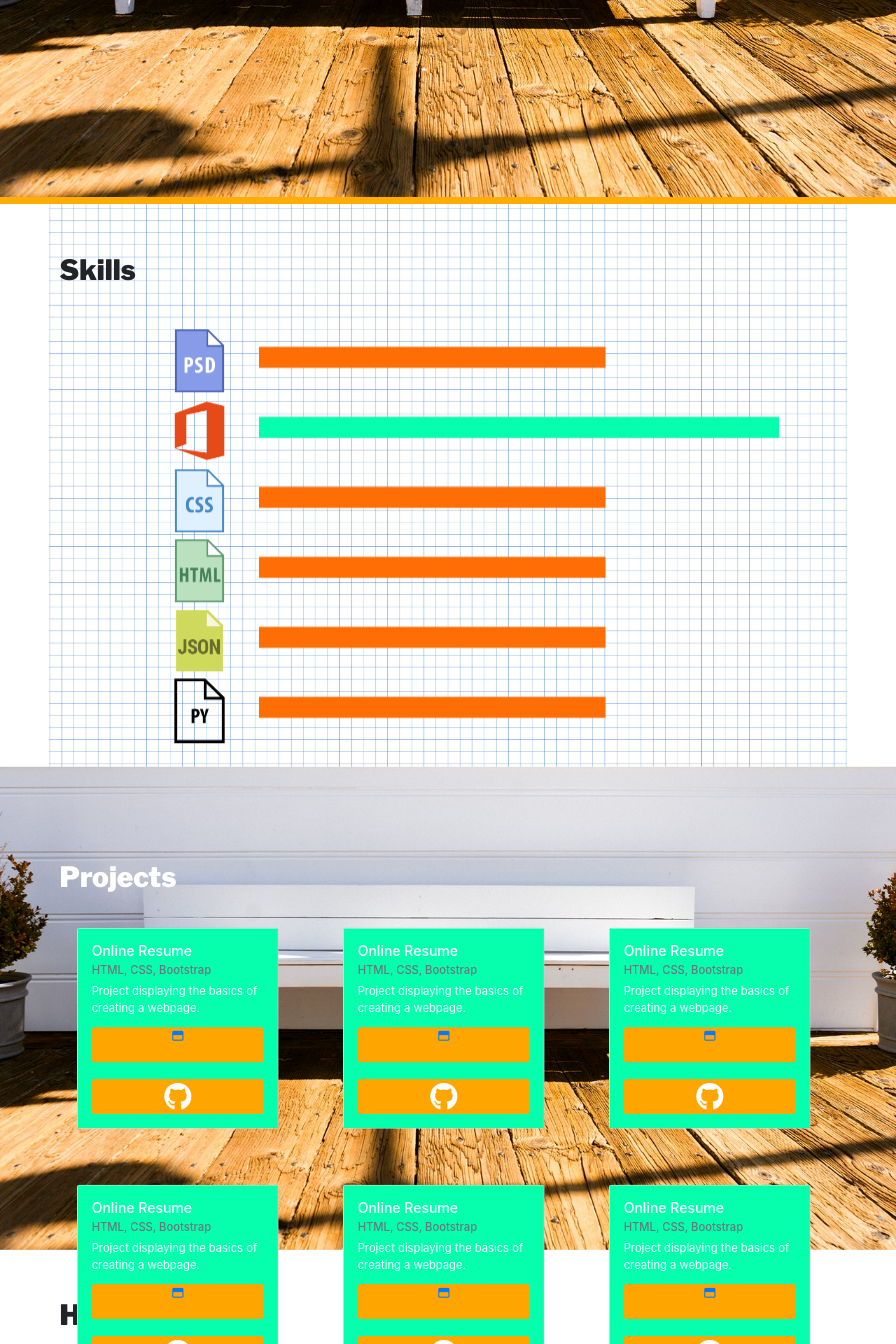
Repository: muhdarifrawi/resume-project
Page: index.html
The author's editor kept a record of every edit. The page is drawn from the files as they stood at one moment, then again after the next edit.
The browser window is 1280 px wide. The pictures show the part of the page from y = 438 to 2358 px (the page is 3769 px tall), at 70% of full size.
Some web libraries are served in a nearby version.

Above is the page before.

### index.html
<!doctype html>
<html lang="en">

<head>
    <!-- Required meta tags -->
    <meta charset="utf-8">
    <meta name="viewport" content="width=device-width, initial-scale=1, shrink-to-fit=no">
    <!-- Font Awesome script -->
    <script src="https://kit.fontawesome.com/00e1568e72.js"></script>
    <!-- GOOGLE font -->
    <link href="https://fonts.googleapis.com/css?family=Libre+Franklin:900&display=swap" rel="stylesheet">
    <!-- AOS script -->
    <link href="https://unpkg.com/aos@2.3.1/dist/aos.css" rel="stylesheet">

    <!-- Bootstrap CSS -->
    <link rel="stylesheet" href="https://stackpath.bootstrapcdn.com/bootstrap/4.3.1/css/bootstrap.min.css" integrity="sha384-ggOyR0iXCbMQv3Xipma34MD+dH/1fQ784/j6cY/iJTQUOhcWr7x9JvoRxT2MZw1T" crossorigin="anonymous">
    <link rel="stylesheet" href="style.css" type="text/css" />
    <title>Online Resume</title>
</head>

  <!-- scroll spy added to body section -->
<body data-spy="scroll" data-target="#navscroll" data-offset="100">
    <!-- Navbar starts here -->
    <nav id="navscroll" class="navbar fixed-top navbar-expand-lg navbar-light bg-light">
        <a class="navbar-brand" href="#">My Resume</a>
        <button class="navbar-toggler" type="button" data-toggle="collapse" data-target="#navbarSupportedContent" aria-controls="navbarSupportedContent" aria-expanded="false" aria-label="Toggle navigation">
    <span class="navbar-toggler-icon"></span>
  </button>

        <div class="collapse navbar-collapse" id="navbarSupportedContent">
            <ul class="navbar-nav mr-auto">
                <li class="nav-item">
                    <a class="nav-link" href="#home">Home <span class="sr-only">(current)</span></a>
                </li>
                <li class="nav-item">
                    <a class="nav-link" href="#skills">Skills</a>
                </li>

                <li class="nav-item">
                    <a class="nav-link" href="#projects">Projects</a>
                </li>

                <li class="nav-item">
                    <a class="nav-link" href="#hobbies">Hobbies</a>
                </li>

                <li class="nav-item">
                    <a class="nav-link" href="#contact">Contact Me</a>
                </li>

            </ul>

        </div>
    </nav>
    <!-- navbar ends here -->

    <!--Jumbotron -->
    <div class="jumbotron jumbotron-fluid" id="home">
        <div class="container">
            <h1 class="display-4">Muhammad Arif Bin Rawi</h1>
            <p class="lead">Aspiring Junior Game Developer. </p>
        </div>
    </div>

    <div class="orange strip"></div>

<div class="container" id="skills">

<h1>Skills</h1>
    <!-- created div to slot in AOS -->
   <div data-aos="fade-right" data-aos-offset="300" data-aos-easing="ease-in-sine">
        <!-- photoshop row -->
        <div class="row pt-md-5">
            <div class="col-lg-3 col-sm-6">
                <div class="ware">
                    <img src="image/icon/PS.png" alt="photoshop" class="rounded">
                    <div class="house">
                        <div class="text">
                            <h5>Photoshop</h5>
                        </div>
                        <div class="text2">
                            <h6>Good</h6>
                        </div>
                    </div>
                </div>
            </div>
            <div class="col-lg-9 col-sm-6">
                <div class="bar-mid"></div>
            </div>
        </div>

        <!-- ms office row -->
        <div class="row">
            <div class="col-lg-3 col-sm-6">
                <div class="ware">
                    <img src="image/icon/MSO.png" alt="MS Office" class="rounded">
                    <div class="house">
                        <div class="text">
                            <h5>MS Office</h5>
                        </div>
                        <div class="text2">
                            <h6>Advance</h6>
                        </div>
                    </div>
                </div>
            </div>
            <div class="col-lg-9 col-sm-6">
                <div class="bar-full"></div>
            </div>
        </div>

        <!-- CSS row -->
        <div class="row">
            <div class="col-lg-3 col-sm-6">
                <div class="ware">
                    <img src="image/icon/CSS.png" alt="CSS" class="rounded">
                    <div class="house">
                        <div class="text">
                            <h5>CSS</h5>
                        </div>
                        <div class="text2">
                            <h6>Good</h6>
                        </div>
                    </div>
                </div>
            </div>
            <div class="col-lg-9 col-sm-6">
                <div class="bar-mid"></div>
            </div>
        </div>

        <!-- HTML row -->
        <div class="row">
            <div class="col-lg-3 col-sm-6">
                <div class="ware">
                    <img src="image/icon/HTML.png" alt="HTML" class="rounded">
                    <div class="house">
                        <div class="text">
                            <h5>HTML</h5>
                        </div>
                        <div class="text2">
                            <h6>Good</h6>
                        </div>
                    </div>
                </div>
            </div>
            <div class="col-lg-9 col-sm-6">
                <div class="bar-mid"></div>
            </div>
        </div>

        <!-- Java row -->
        <div class="row">
            <div class="col-lg-3 col-sm-6">
                <div class="ware">
                    <img src="image/icon/JS.png" alt="Java" class="rounded">
                    <div class="house">
                        <div class="text">
                            <h5>Java</h5>
                        </div>
                        <div class="text2">
                            <h6>Basic</h6>
                        </div>
                    </div>
                </div>
            </div>
            <div class="col-lg-9 col-sm-6">
                <div class="bar-min"></div>
            </div>
        </div>

        <!-- Python row -->
        <div class="row">
            <div class="col-lg-3 col-sm-6">
                <div class="ware">
                    <img src="image/icon/PY.png" alt="Python" class="rounded">
                    <div class="house">
                        <div class="text">
                            <h5>Python</h5>
                        </div>
                        <div class="text2">
                            <h6>Basic</h6>
                        </div>
                    </div>
                </div>
            </div>
            <div class="col-lg-9 col-sm-6">
                <div class="bar-min"></div>
            </div>
        </div>
    </div>
</div>

    <!-- <div class="orange strip"></div> -->

<!--usage of jumbotron to overcome "no-stretch" problem -->
<div class="jumbotron jumbotron-fluid "  id="projects">
<div class="container">
        <h1>Projects</h1>
        <div class="row">
            <div class="col">
                <div class="card note" style="width: 18rem;">
                    <div class="card-body">
                        <h5 class="card-title">Online Resume</h5>
                        <h6 class="card-subtitle mb-2 text-muted">HTML, CSS, Bootstrap</h6>
                        <p class="card-text">Project displaying the basics of creating a webpage.</p>

                        <a href="https://muhdarifrawi.github.io/resume-project/" target="_blank" class="card-link">
                            <div class="rounded-box"><i class="far fa-window-maximize"></i></div></a>

                        <a href="https://github.com/muhdarifrawi/resume-project" target="_blank" class="card-link">
                            <div class="rounded-box"><i class="fab fa-github"></i></div></a>
                    </div>
                </div>
            </div>

            <div class="col">
                <div class="card note2" style="width: 18rem;">
                    <div class="card-body">
                        <h5 class="card-title">Online Resume</h5>
                        <h6 class="card-subtitle mb-2 text-muted">HTML, CSS, Bootstrap</h6>
                        <p class="card-text">Project displaying the basics of creating a webpage.</p>

                        <a href="https://muhdarifrawi.github.io/resume-project/" target="_blank" class="card-link">
                            <div class="rounded-box"><i class="far fa-window-maximize"></i></div></a>

                        <a href="https://github.com/muhdarifrawi/resume-project" target="_blank" class="card-link">
                            <div class="rounded-box"><i class="fab fa-github"></i></div></a>
                    </div>
                </div>
            </div>

            <div class="col">
                <div class="card note3" style="width: 18rem;">
                    <div class="card-body">
                        <h5 class="card-title">Online Resume</h5>
                        <h6 class="card-subtitle mb-2 text-muted">HTML, CSS, Bootstrap</h6>
                        <p class="card-text">Project displaying the basics of creating a webpage.</p>

                        <a href="https://muhdarifrawi.github.io/resume-project/" target="_blank" class="card-link">
                            <div class="rounded-box"><i class="far fa-window-maximize"></i></div></a>

                        <a href="https://github.com/muhdarifrawi/resume-project" target="_blank" class="card-link">
                            <div class="rounded-box"><i class="fab fa-github"></i></div></a>
                    </div>
                </div>
            </div>

        </div>

        <div class="row">
        <div class="col">
            <div class="card note3" style="width: 18rem;">
                <div class="card-body">
                    <h5 class="card-title">Online Resume</h5>
                    <h6 class="card-subtitle mb-2 text-muted">HTML, CSS, Bootstrap</h6>
                    <p class="card-text">Project displaying the basics of creating a webpage.</p>

                    <a href="https://muhdarifrawi.github.io/resume-project/" target="_blank" class="card-link">
                        <div class="rounded-box"><i class="far fa-window-maximize"></i></div></a>

                    <a href="https://github.com/muhdarifrawi/resume-project" target="_blank" class="card-link">
                        <div class="rounded-box"><i class="fab fa-github"></i></div></a>
                </div>
            </div>
        </div>

        <div class="col">
            <div class="card note" style="width: 18rem;">
                <div class="card-body">
                    <h5 class="card-title">Online Resume</h5>
                    <h6 class="card-subtitle mb-2 text-muted">HTML, CSS, Bootstrap</h6>
                    <p class="card-text">Project displaying the basics of creating a webpage.</p>

                    <a href="https://muhdarifrawi.github.io/resume-project/" target="_blank" class="card-link">
                        <div class="rounded-box"><i class="far fa-window-maximize"></i></div></a>

                    <a href="https://github.com/muhdarifrawi/resume-project" target="_blank" class="card-link">
                        <div class="rounded-box"><i class="fab fa-github"></i></div></a>
                </div>
            </div>
        </div>

        <div class="col">
            <div class="card note2" style="width: 18rem;">
                <div class="card-body">
                    <h5 class="card-title">Online Resume</h5>
                    <h6 class="card-subtitle mb-2 text-muted">HTML, CSS, Bootstrap</h6>
                    <p class="card-text">Project displaying the basics of creating a webpage.</p>

                    <a href="https://muhdarifrawi.github.io/resume-project/" target="_blank" class="card-link">
                        <div class="rounded-box"><i class="far fa-window-maximize"></i></div></a>

                    <a href="https://github.com/muhdarifrawi/resume-project" target="_blank" class="card-link">
                        <div class="rounded-box"><i class="fab fa-github"></i></div></a>
                </div>
            </div>
        </div>

    </div>

    </div>
</div>
<!-- <div class="orange strip"></div> -->

<div class="container" id="hobbies">
    <h1>Hobbies</h1>
    <div class="row">

        <div class="col-sm-6 col-md-4 ">
            <div class="col"><div class="thumb camping"></div></div>
        </div>
        <div class="col-sm-6 col-md-8">
            <div class="card">
                <div class="card-body">
                    <h3>
                      Outdoors
                      <small class="text-muted">Relaxing oneself with nature</small>
                    </h3>

                    <p>
                        Lorem ipsum dolor sit amet, consectetur adipiscing elit. Vestibulum a condimentum arcu. Nullam sed felis sed risus iaculis tincidunt. Nulla facilisi. Ut a dolor a massa pulvinar pretium id eget erat. Donec luctus tortor nec mauris pretium, non mollis nunc tristique. Curabitur tempor tempus leo at rutrum. Ut sit amet justo est. Suspendisse semper odio iaculis metus fringilla lacinia. Nullam a aliquam ex.
                    </p>
                </div>
            </div>
        </div>

    </div>

       <div class="row">

        <div class="col-sm-6 order-sm-2 col-md-4">
            <div class="col"><div class="thumb indoor"></div></div>

        </div>
        <div class="col-sm-6 order-sm-1 col-md-8">

            <div class="card">
                <div class="card-body">
                    <h3>
                    Indoors
                      <small class="text-muted">For those cosy days</small>
                    </h3>

                    <p>
                        Lorem ipsum dolor sit amet, consectetur adipiscing elit. Vestibulum a condimentum arcu. Nullam sed felis sed risus iaculis tincidunt. Nulla facilisi. Ut a dolor a massa pulvinar pretium id eget erat. Donec luctus tortor nec mauris pretium, non mollis nunc tristique. Curabitur tempor tempus leo at rutrum. Ut sit amet justo est. Suspendisse semper odio iaculis metus fringilla lacinia. Nullam a aliquam ex.
                    </p>
                </div>
            </div>

        </div>

    </div>

</div>

<div class="orange strip"></div>

<div class="container" id="contact">


<div class="row">


<!-- left column -->
<div class="col-sm-6 pl-4">
    <!-- top column -->
    <div class="row">
    <h1>Contact Me</h1>
    </div>

<!-- bottom column -->
<div class="row">
<div class="col">
<form>

    <div class="form-group">
        <label for="name">Name</label>
        <input type="text" class="form-control" id="form1" placeholder="Name" required>
    </div>

    <div class="form-group">
        <label for="email">Email Address</label>
        <input type="email" class="form-control" id="form1" placeholder="name@example.com" required>
    </div>


    <div class="form-group">
        <label for="Textarea">Comments</label>
        <textarea class="form-control" id="form1" rows="3" required></textarea>
    </div>

    <input class="btn btn-primary" type="submit" value="Submit">
</form>

</div>
</div>
</div>
<!-- right column-->
<div class="col-sm-6 pl-4">
    <!-- top column -->
    <div class="row">
    <h1>Follow Me</h1>
    </div>
<!--bottom column -->
<div class="col">
    <div class="row pt-3"></div>
    <div class="row">
        <div class="col"><a href="https://www.twitter.com/ArifRawi" target="_blank"><div class="rounded-box"><i class="fab fa-twitter"></i></div></a></div>
        <div class="col"><a href="https://github.com/muhdarifrawi" target="_blank"><div class="rounded-box"><i class="fab fa-github"></i></div></a></div>
        <div class="col"><a href="https://www.instagram.com/muhdarifrawi/" target="_blank"><div class="rounded-box"><i class="fab fa-instagram"></i></div></a></div>

    </div>
    <div class="row"></div>
</div>
</div>
</div>
</div>

<div class="orange banner">
    <div class="container" id="footer">

        <div class="row">

            <div class="col-sm-4 px-4">
                <h6>Acknowledgments</h6>
                    <p>Thank you to all that has helped and guided me in making this project work.</p>



            </div>

            <div class="col-sm-4 px-4">
                <h6>Disclaimer</h6>
                <p>This webpage is a work meant for education purposes only. </p>
            </div>

            <div class="col-sm-4 px-4">
                <h6>Copyright 2019, all rights reserved.</h6>
            </div>
        </div>

    </div>
</div>
    <!-- Optional JavaScript -->
    <!-- jQuery first, then Popper.js, then Bootstrap JS -->
    <script src="https://code.jquery.com/jquery-3.3.1.slim.min.js" integrity="sha384-q8i/X+965DzO0rT7abK41JStQIAqVgRVzpbzo5smXKp4YfRvH+8abtTE1Pi6jizo" crossorigin="anonymous"></script>
    <script src="https://cdnjs.cloudflare.com/ajax/libs/popper.js/1.14.7/umd/popper.min.js" integrity="sha384-UO2eT0CpHqdSJQ6hJty5KVphtPhzWj9WO1clHTMGa3JDZwrnQq4sF86dIHNDz0W1" crossorigin="anonymous"></script>
    <script src="https://stackpath.bootstrapcdn.com/bootstrap/4.3.1/js/bootstrap.min.js" integrity="sha384-JjSmVgyd0p3pXB1rRibZUAYoIIy6OrQ6VrjIEaFf/nJGzIxFDsf4x0xIM+B07jRM" crossorigin="anonymous"></script>
    <!--AOS script -->
    <script src="https://unpkg.com/aos@2.3.1/dist/aos.js"></script>

    <script>
        AOS.init();
    </script>
</body>

</html>

### style.css
html{
    width:100%;
    height:100%;

}

body{
    padding-top:30px;
    width:100%;
    height:100%;

}

.jumbotron{
    margin-bottom:0px;
}

.box{
    height:50px;
    width:50px;
}

.red{
    background-color:red;
}

.blue{
    background-color:blue;
}

.orange{
    background-color:rgba(255, 172, 5, 1);
}

.strip{
    width:100%;
    height:10px;
}

.banner{
    width:100%;
    height:300px;
}

.rect{
    width:100%;
    height:100%;
    padding:15px;
}

.container{
    padding-top:70px;
    padding-bottom:30px;
}

.shelf{
    height:100%;
    width:100%;
}

.col{
    padding:10px;
}

.card{
    margin:30px;
}


.jumbotron {
  background-image: url("image/bg/bench.jpg");
  background-size: cover;
  /*this allows the image to stretch height to its max. needs html and body to be height:100% as well*/
  height:100%;

  color:white;
}

h1 {
font-family: 'Libre Franklin', sans-serif;
}

.card-body{
    background-color:rgb(5, 255, 172);
}

#footer{
    padding-bottom:0px;
    padding-left:0px;
    padding-right:0px;
    width:100%;
}

.btn-primary{
    background-color:rgb(255, 193, 100);
    border-color:rgb(255, 193, 100);

}

.btn-primary:hover {
    background-color:rgb(255, 234, 5);
    border-color:rgb(255, 234, 5);

}

.icon{
    height:60px;
}

#projects{
    background-image:url(image/bg/bench.jpg);
}

#skills{
    background-image:url(image/bg/graph.jpg);
    background-size:cover;

}

.rounded-box{
    background-color:orange;
    height:50px;
    border-radius:5px;
    text-align:center;
    border:1px;
    transition-duration:0.5s;
}

.rounded-box:hover{
    transition-duration:0.5s;
    background-color:rgb(255, 234, 5);
    border-color:rgb(255, 234, 5);
}

.fa-twitter{
    padding-top:5px;
    font-size:40px;
    color:white;
}

.fa-github{
    padding-top:5px;
    font-size:40px;
    color:white;
}

.fa-instagram{
    padding-top:5px;
    font-size:40px;
    color:white;
}

.follow{
    margin-top:50px;
}


.bar-full {
    width:0%;
    height:30px;
    background-color:blue;
    animation-name: adv;
    animation-duration: 4s;
    animation-fill-mode:forwards;
    transform:translate(0, 100%);
}

@keyframes adv{

    from{
        width:0%;
        Background-color:rgb(255, 234, 5);
    }

    to{
        width:90%;
        background-color:rgb(5, 255, 172);

    }

}

.bar-mid {
    width:0%;
    height:30px;
    background-color:blue;
    animation-name: gd;
    animation-duration: 4s;
    animation-fill-mode:forwards;
    transform:translate(0, 100%);
}

@keyframes gd{

    from{
        width:0%;
        Background-color:rgb(255, 234, 5);
    }

    to{
        width:60%;
        background-color:rgb(255, 109, 5);

    }

}

.bar-min {
    width:0%;
    height:30px;
    background-color:blue;
    animation-name: basic;
    animation-duration: 4s;
    animation-fill-mode:forwards;
    transform:translate(0, 100%);
}

@keyframes basic{

    from{
        width:0%;
        Background-color:rgb(255, 234, 5);
    }

    to{
        width:60%;
        background-color:rgb(255, 109, 5);

    }

}

.ware{
    /*background-color:purple;*/
    width:100px;
    height:100%;
    margin-left:150px;

}

.rounded{
    width:100%;
}

.house{
    background-color:rgb(5, 255, 172);
    width:100px;
    height:100%;
    transform:translate(0,-100%);
    opacity:0;
    transition-duration:0.75s;
    position:absolute;
    text-align:justify;
    border-radius:3px;
}

.ware:hover .house{
    opacity:0.9;
    cursor:pointer;
}

.text{
    color:rgb(88, 5, 255);
    margin-top:5px;
    text-align:center;
}

.text2{
    color:rgba(5, 88, 255, 0.3);
    margin-top:5px;
    text-align:center;
}

After the next edit:
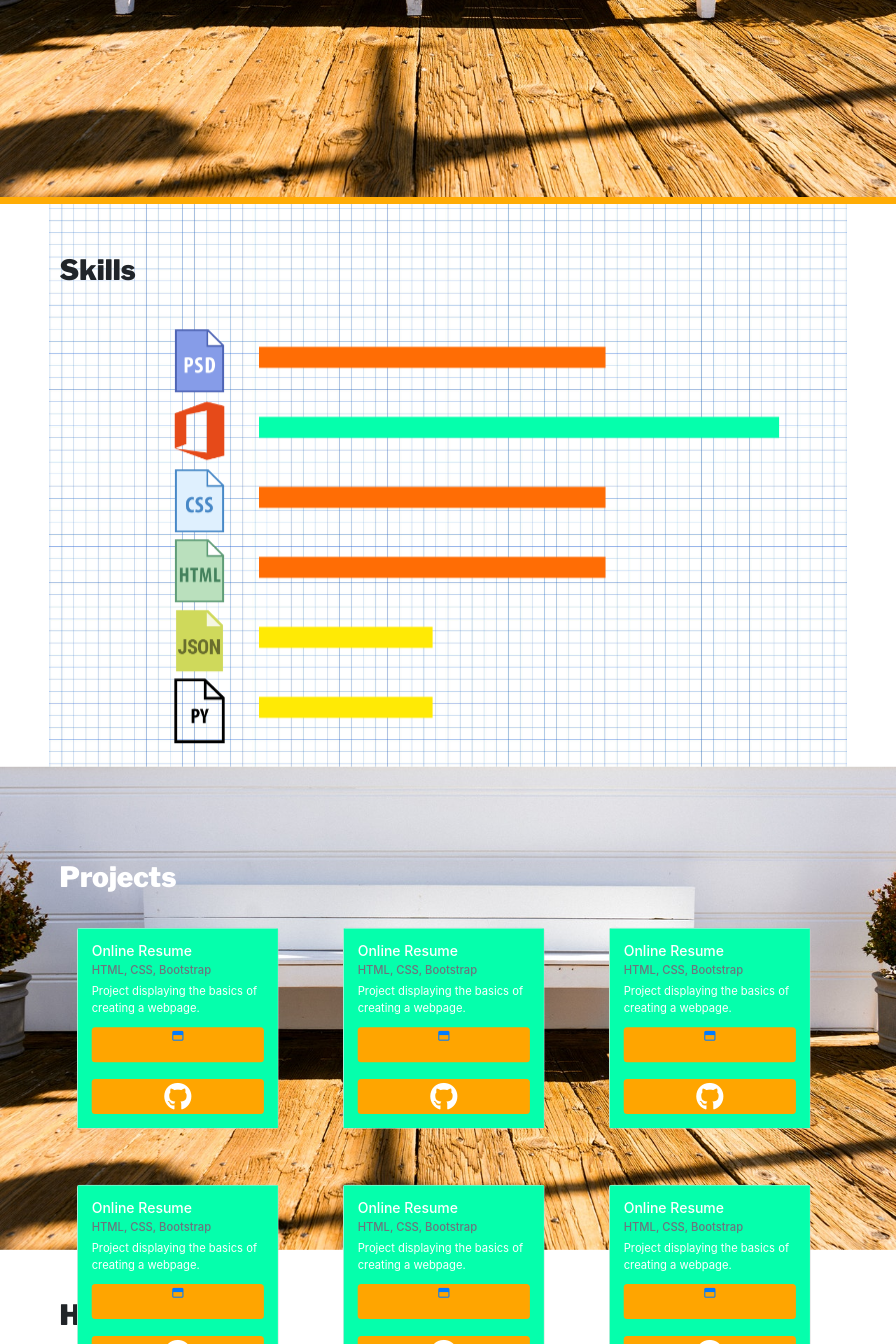
The edit:
--- a/style.css
+++ b/style.css
@@ -223,8 +223,8 @@
     }
 
     to{
-        width:60%;
-        background-color:rgb(255, 109, 5);
+        width:30%;
+        background-color:rgb(255, 234, 5);
 
     }
 
